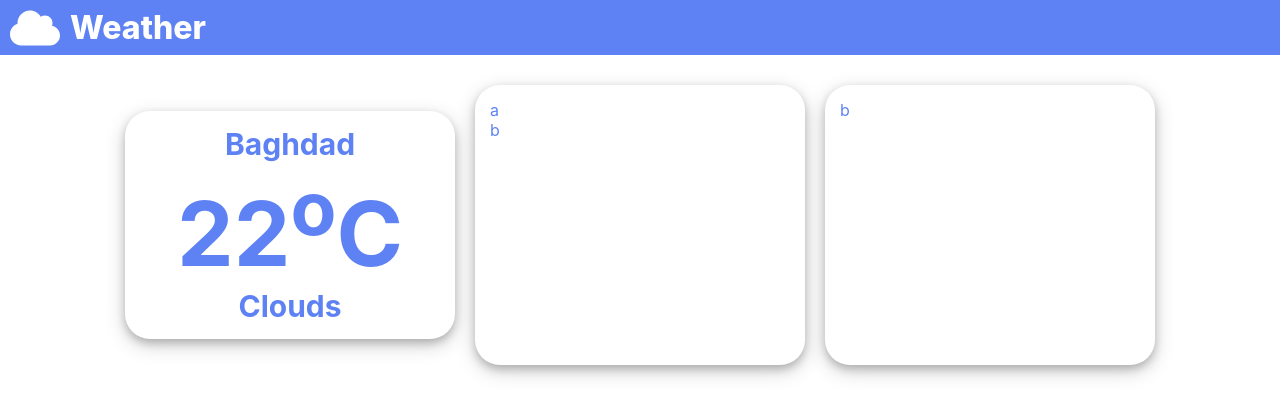
Repository: ahmedazawi/weather-app
Page: /
These files come from the project's save history. The page is drawn as it stood at one moment and after the next save; the edit follows.
The browser window is 1280 px wide. The pictures show the whole page.
The project was rebuilt for these pictures with package versions that can differ from the ones it lists, and the page was loaded fresh each time.

Above is the page before, as saved 2022-11-29 21:36:25.

### src/App.js
import "./App.css";
import Header from "./layout/Header";
import Details from "./components/Details";
function App() {
  return (
    <div className="App">
      <Header />
      <Details />
    </div>
  );
}

export default App;

### src/App.css
body {
  --primaryColor: #5e82f4;
  --borderRadius: 25px;
}

.nav {
  display: flex;
  align-items: center;
  height: 55px;
  background-color: var(--primaryColor);
}

### src/layout/Header.js
import React from "react";
import { FontAwesomeIcon } from "@fortawesome/react-fontawesome";
import { faCloud } from "@fortawesome/free-solid-svg-icons";
const Header = () => {
  return (
    <div className="nav">
      <div>
        <FontAwesomeIcon
          className="f-icon"
          icon={faCloud}
          color="White"
          style={{ marginLeft: "10px", fontSize: "40px" }}
        />
      </div>

      <h1 style={{ color: "white", marginLeft: "10px", fontWeight: "800" }}>
        Weather
      </h1>
    </div>
  );
};

export default Header;

### src/components/Details.js
import React from "react";
import "../assets/css/details.css";
const Details = () => {
  return (
    <div className="main">
      <div className="big-cards">
        <div>
          <div>Baghdad</div>
          <div
            style={{
              fontSize: "90px",
            }}
          >
            22<sup>o</sup>C
          </div>
          <div>Clouds</div>
        </div>
        <div>
          <div>a</div>
          <div>b</div>
        </div>
        <div>b</div>
      </div>
    </div>
  );
};

export default Details;

### src/assets/css/details.css
.main {
  width: 100%;
  display: flex;
  flex-direction: column;
}

.big-cards {
  width: 100%;
  min-height: fit-content;
  display: flex;
  flex-direction: row;
  flex-wrap: wrap;
  gap: 20px;
  align-items: center;
  justify-content: center;
  margin-top: 30px;
  color: var(--primaryColor);
}
.big-cards > div {
  width: 300px;
  height: 250px;
  background-color: white;
  padding: 15px;
  border-radius: var(--borderRadius);
  box-shadow: 0 4px 8px 0 rgba(0, 0, 0, 0.2), 0 6px 20px 0 rgba(0, 0, 0, 0.19);
}
.big-cards > div:first-child {
  display: flex;
  flex-direction: column;
  align-items: center;
  height: 100%;
}
.big-cards > div:first-child > div {
  font-size: 30px;
  font-weight: bold;
}

Loaded but not shown: public/index.html (common file); src/index.js (common file); src/index.css (common file)

After the next save:
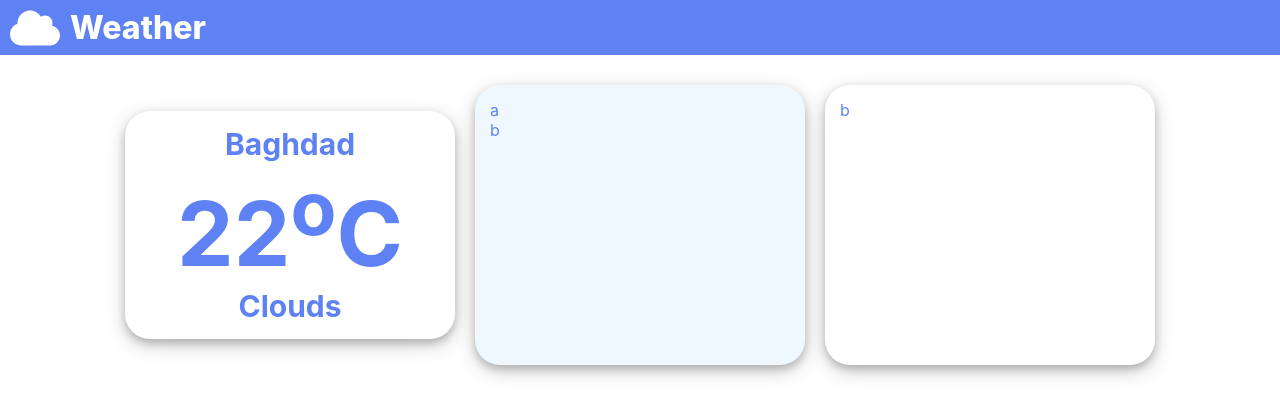
Saved 38 s later.
--- a/src/assets/css/details.css
+++ b/src/assets/css/details.css
@@ -34,3 +34,6 @@
   font-size: 30px;
   font-weight: bold;
 }
+.big-cards > div:nth-child(2) {
+  background-color: aliceblue;
+}
